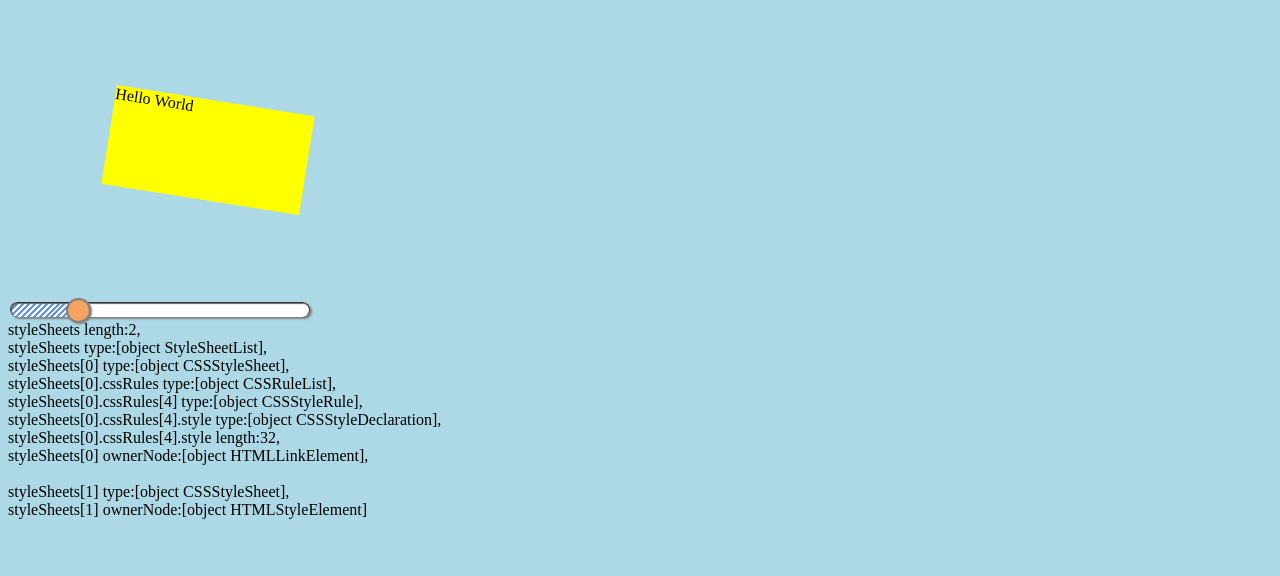
Repository: Jhin7782/HBuilder-Projects
Page: 【CSS】/动画/2d/transform/get-styleSheet.cssRules[i].style.html
An editor plug-in stored every save of this project. The page is shown before and after the next save, followed by the edit.
The browser window is 1280 px wide. The pictures show the whole page.

Above is the page before, as saved 2017-06-13 15:11:57.

After the next save:
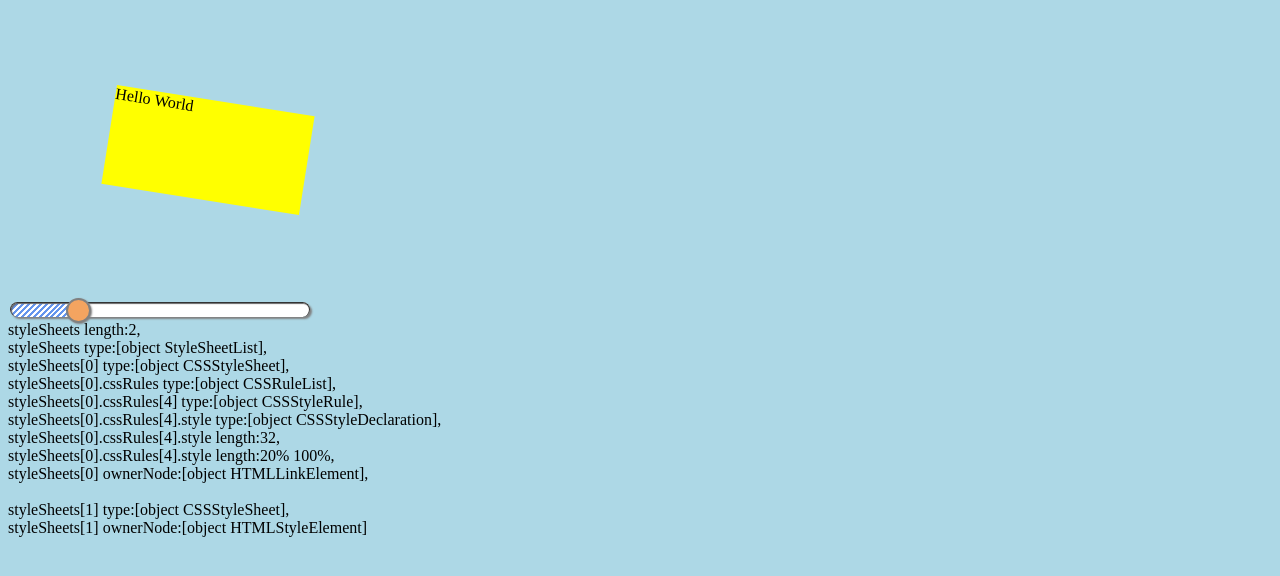
Saved 37 s later.
--- a/【CSS】/动画/2d/transform/get-styleSheet.cssRules[i].style.html
+++ b/【CSS】/动画/2d/transform/get-styleSheet.cssRules[i].style.html
@@ -44,6 +44,7 @@
 				",<br />styleSheets[0].cssRules[4] type:" + styleSheet0.cssRules[4] +
 				",<br />styleSheets[0].cssRules[4].style type:" + styleSheet0.cssRules[4].style +
 				",<br />styleSheets[0].cssRules[4].style length:" + styleSheet0.cssRules[4].style.length +
+				",<br />styleSheets[0].cssRules[4].style length:" + styleSheet0.cssRules[4].style.backgroundSize +
 				",<br />styleSheets[0] ownerNode:" + styleSheet0.ownerNode +
 				",<br /><br />styleSheets[1] type:" + styleSheet1 +
 				",<br />styleSheets[1] ownerNode:" + styleSheet1.ownerNode
